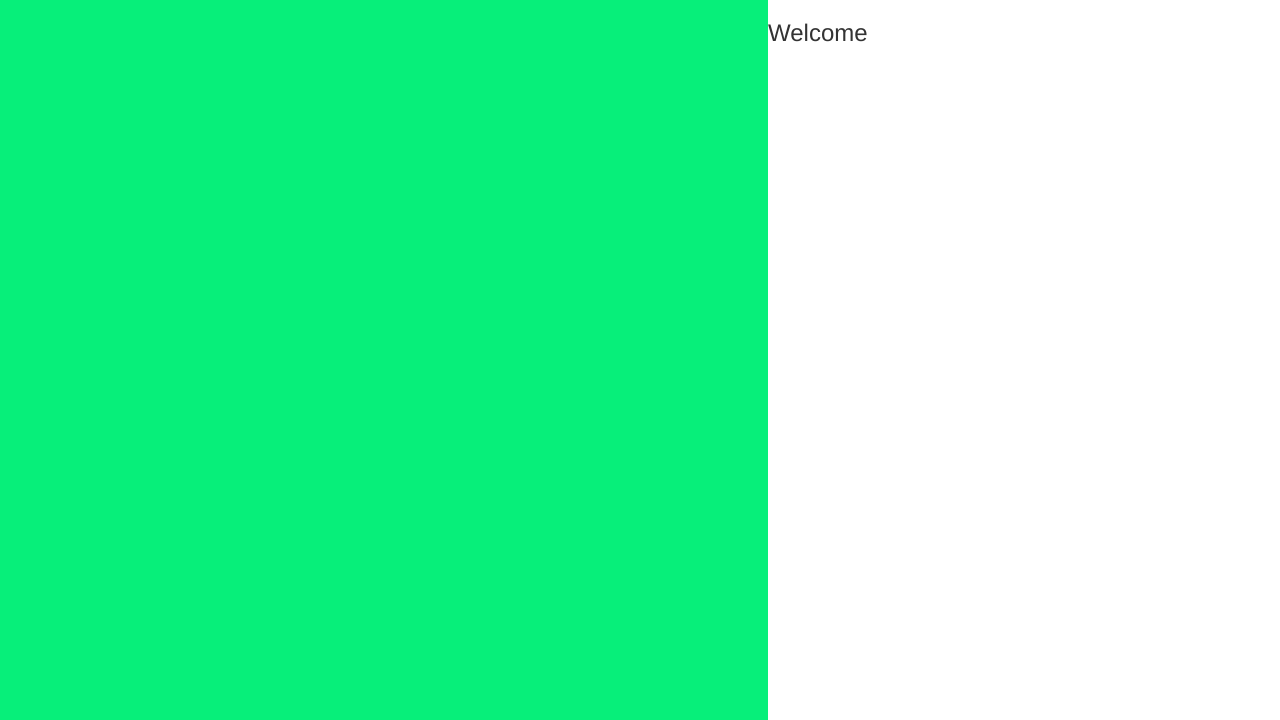
Repository: guddus326/Grass_Farm
Page: http://localhost/Grass_Farm/Login.jsp
These files come from the project's save history. The page is drawn as it stood at one moment and after the next save; the edit follows.
The browser window is 1280 px wide. The pictures show the whole page.
The page is served by Tomcat 9.

Above is the page before, as saved 2021-03-15 14:02:26.

After the next save:
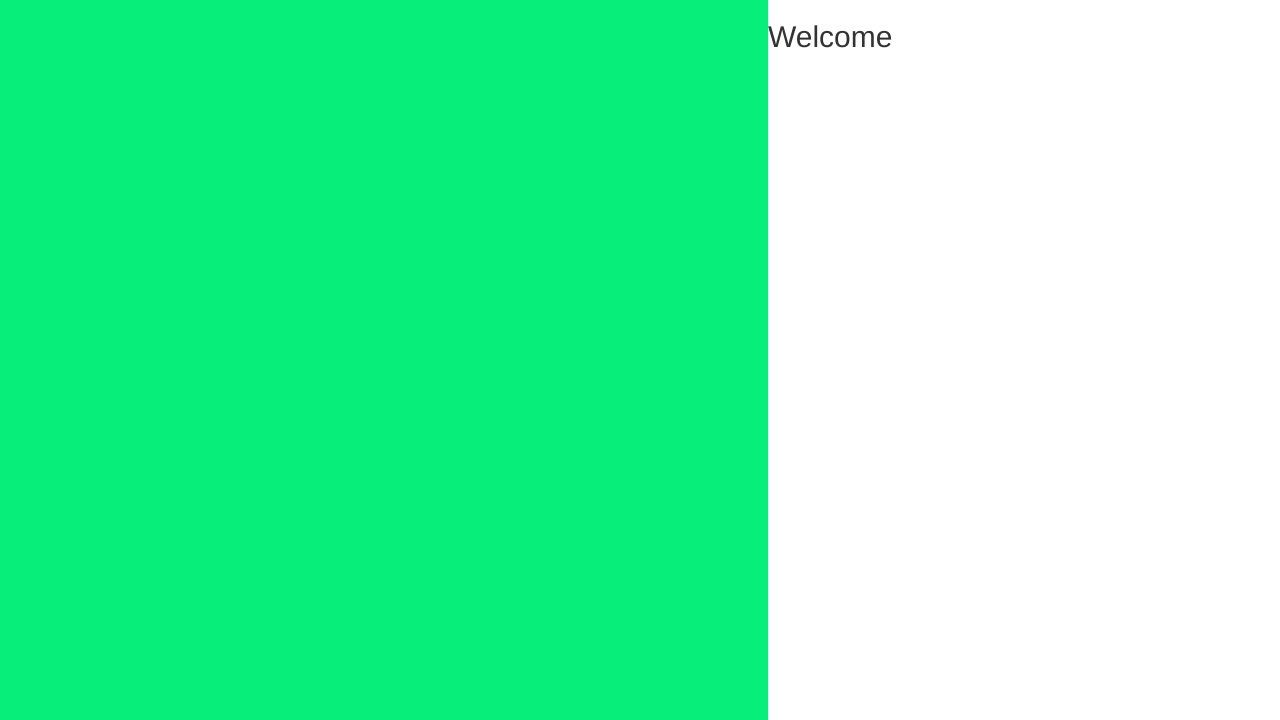
Saved 10 s later.
--- a/Grass_Farm/Grass_Farm/WebContent/Login.jsp
+++ b/Grass_Farm/Grass_Farm/WebContent/Login.jsp
@@ -69,7 +69,7 @@
         </div>
         <div class="right">
 
-        <h3>Welcome</h3>
+        <h2>Welcome</h2>
 
         </div>
     </div>
